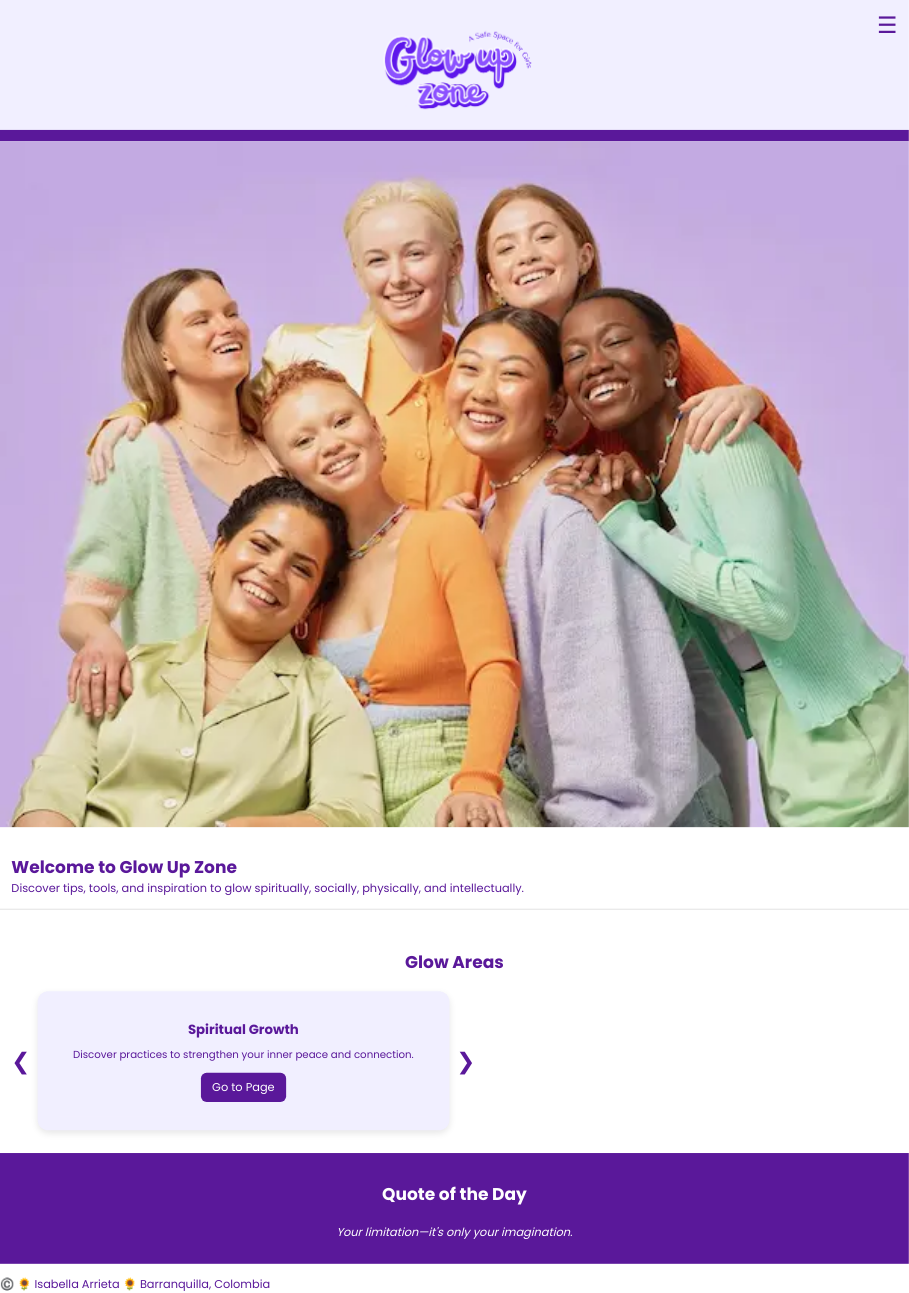
Repository: isaAJ05/wdd131
Page: final-project/final-project.html
An editor plug-in stored every save of this project. The page is shown before and after the next save, followed by the edit.
The browser window is 1280 px wide. The pictures show the whole page, at 71% of full size.

Above is the page before, as saved 2025-08-09 01:39:28.

After the next save:
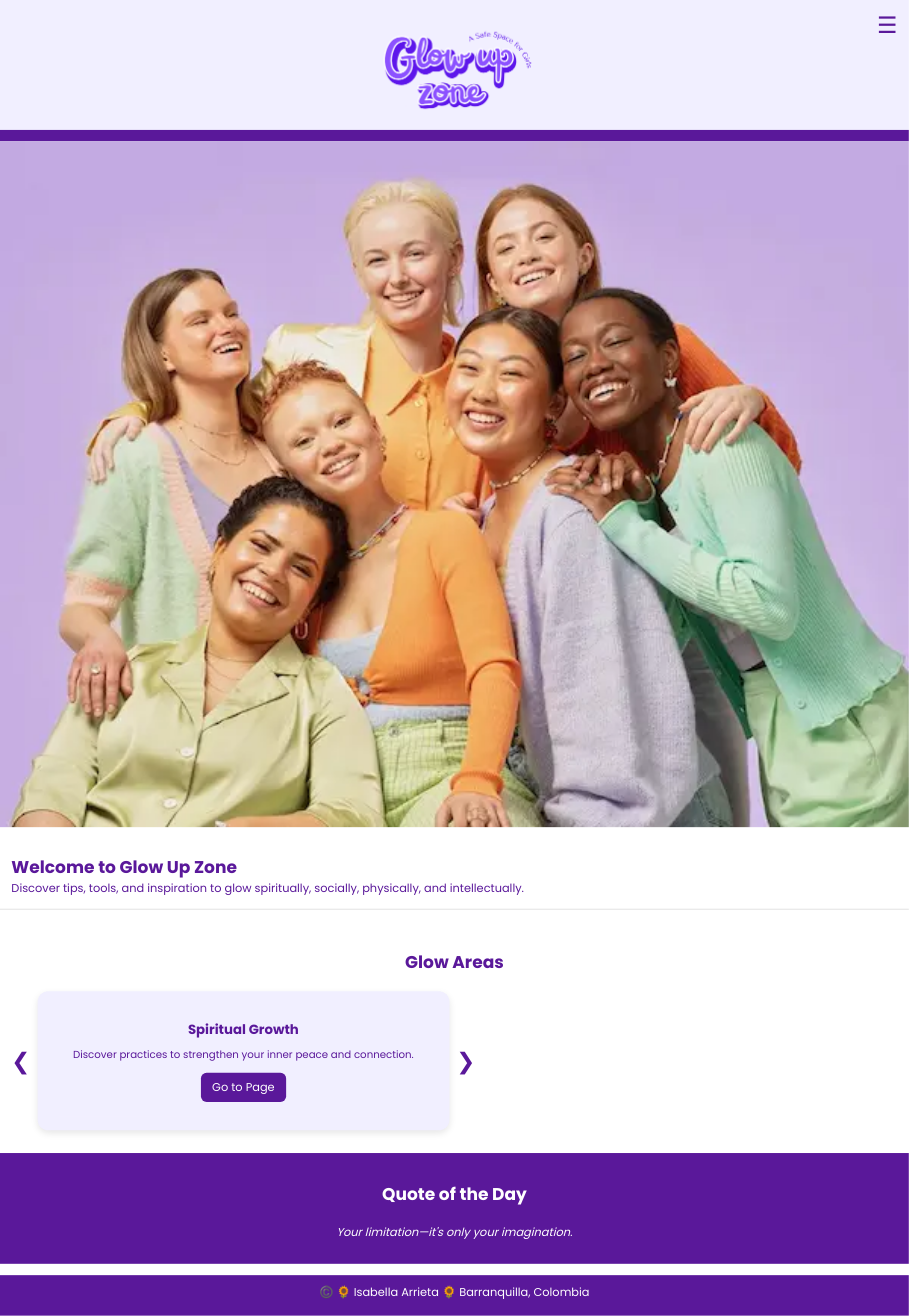
Saved 68 s later.
--- a/final-project/styles/final-project.css
+++ b/final-project/styles/final-project.css
@@ -167,3 +167,13 @@ h2{
     text-align: center;
     padding-bottom: 1rem;
 }
+footer {
+	background-color: #5a189a;
+	color: #fff;
+	text-align: center;
+	padding: 0.5rem;
+	margin-top: 0.5rem;
+}
+footer p {
+    padding: 4px;
+}

After the 6 saves that followed:
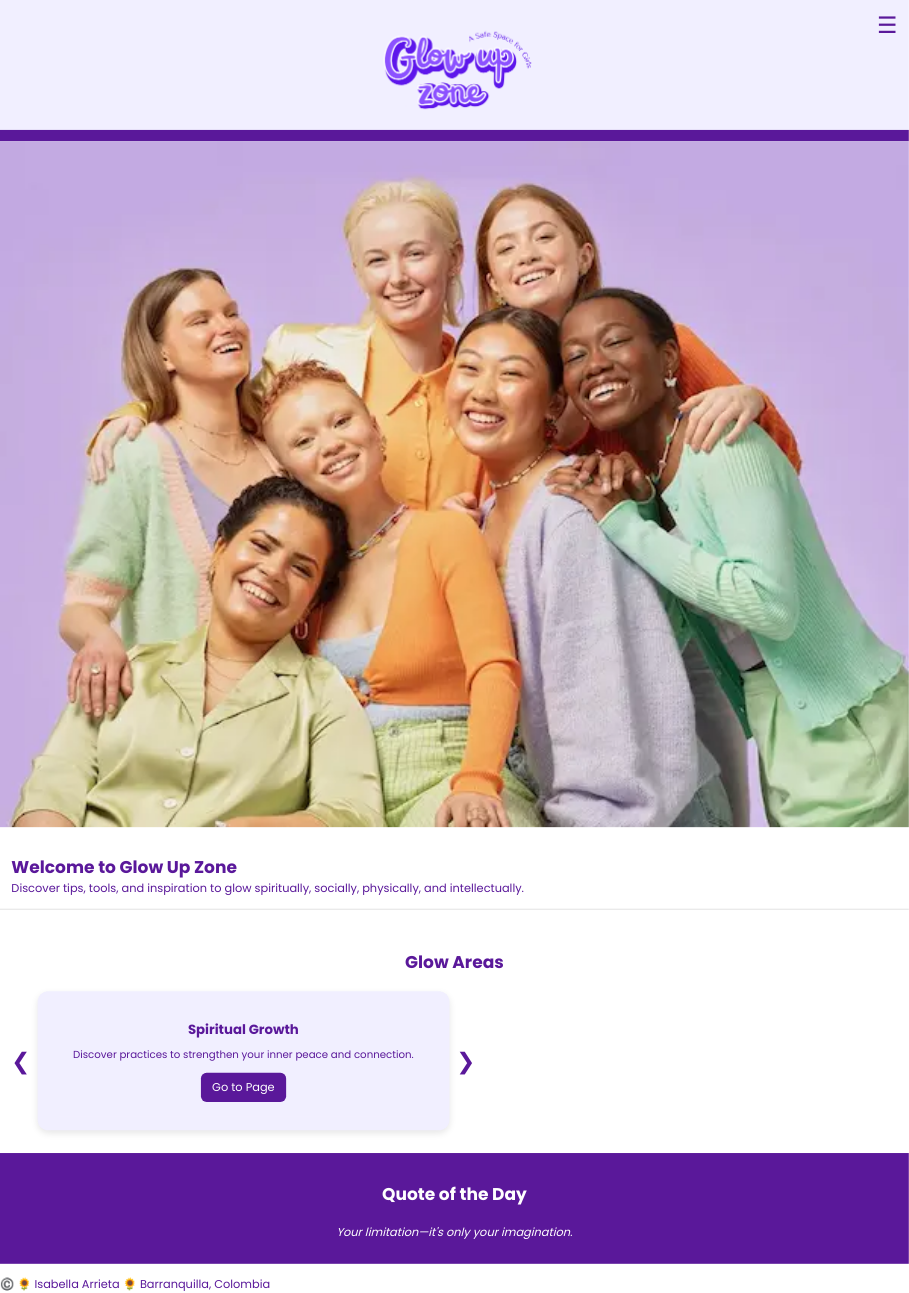
The 6 saves are shown as one change because they came seconds apart.
The last was saved 20 s later.
--- a/final-project/styles/final-project.css
+++ b/final-project/styles/final-project.css
@@ -168,7 +168,7 @@ h2{
     padding-bottom: 1rem;
 }
 footer {
-	background-color: #5a189a;
+	background-color: var(--secondary-color;
 	color: #fff;
 	text-align: center;
 	padding: 0.5rem;
